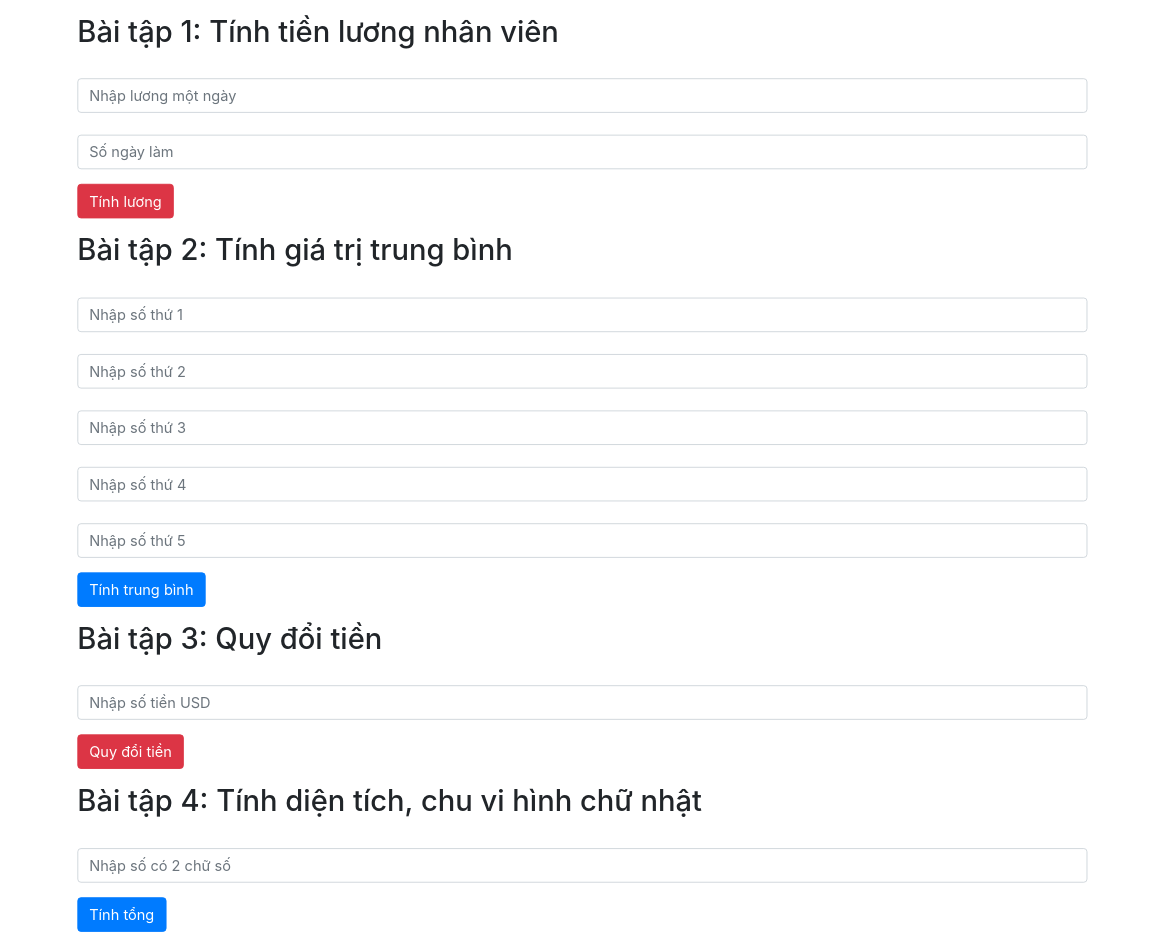
Repository: thanhfrankie/BC10-LeMinhThanh-Js-b2-3
Page: index.html
An editor plug-in stored every save of this project. The page is shown before and after the next save, followed by the edit.
The browser window is 1280 px wide. The pictures show the whole page, at 91% of full size.

Above is the page before, as saved 2023-12-15 16:08:16.

### index.html
<!DOCTYPE html>
<html lang="en">
  <head>
    <title>Title</title>
    <!-- Required meta tags -->
    <meta charset="utf-8" />
    <meta
      name="viewport"
      content="width=device-width, initial-scale=1, shrink-to-fit=no"
    />

    <!-- Bootstrap CSS -->
    <link
      rel="stylesheet"
      href="https://stackpath.bootstrapcdn.com/bootstrap/4.3.1/css/bootstrap.min.css"
      integrity="sha384-ggOyR0iXCbMQv3Xipma34MD+dH/1fQ784/j6cY/iJTQUOhcWr7x9JvoRxT2MZw1T"
      crossorigin="anonymous"
    />
  </head>
  <body>
    <!-- Bài tập 1 -->
    <div class="container">
      <h2 class="mt-3">Bài tập 1: Tính tiền lương nhân viên</h2>
      <div class="form-group">
        <label for="luong-mot-ngay"></label>
        <input
          type="number"
          class="form-control"
          name=""
          id="luong-mot-ngay"
          aria-describedby="helpId"
          placeholder="Nhập lương một ngày"
          required
        />
        <label for="so-ngay-lam"></label>
        <input
          type="number"
          class="form-control"
          name=""
          id="so-ngay-lam"
          aria-describedby="helpId"
          placeholder="Số ngày làm"
          required
        />
        <button type="button" onclick="tinhLuong()" class="btn btn-danger mt-3">
          Tính lương
        </button>
      </div>
      <h2 id="luong-nhan-duoc"></h2>
    </div>
    <!-- Bài tập 2 -->
    <div class="container">
      <div class="form-group">
        <h2>Bài tập 2: Tính giá trị trung bình</h2>
        <label for="so-thu-1"></label>
        <input
          type="number"
          class="form-control"
          name=""
          id="so-thu-1"
          aria-describedby="helpId"
          placeholder="Nhập số thứ 1"
          required
        />
        <label for="so-thu-2"></label>
        <input
          type="number"
          class="form-control"
          name=""
          id="so-thu-2"
          aria-describedby="helpId"
          placeholder="Nhập số thứ 2"
          required
        />
        <label for="so-thu-3"></label>
        <input
          type="number"
          class="form-control"
          name=""
          id="so-thu-3"
          aria-describedby="helpId"
          placeholder="Nhập số thứ 3"
          required
        />
        <label for="so-thu-4"></label>
        <input
          type="number"
          class="form-control"
          name=""
          id="so-thu-4"
          aria-describedby="helpId"
          placeholder="Nhập số thứ 4"
          required
        />
        <label for="so-thu-5"></label>
        <input
          type="number"
          class="form-control"
          name=""
          id="so-thu-5"
          aria-describedby="helpId"
          placeholder="Nhập số thứ 5"
          required
        />
        <button type="button" onclick="tinhTrungBinh()" class="btn btn-primary mt-3">
          Tính trung bình
        </button>
        <h2 id="ket-qua-trung-binh"></h2>
      </div>
    </div>
    <!-- Bài tập 3-->
     <div class="container">
      <h2 class="mt-3">Bài tập 3: Quy đổi tiền</h2>
      <div class="form-group">
        <label for="so-luong-USD"></label>
        <input
          type="number"
          class="form-control"
          name=""
          id="so-luong-USD"
          aria-describedby="helpId"
          placeholder="Nhập số tiền USD"
          required
        />

        <button type="button" onclick="quyDoiTien()" class="btn btn-danger mt-3">
         Quy đổi tiền
        </button>
      </div>
      <h2 id="so-luong-VND"></h2>
    </div>

    <!-- Bài tập 4 -->
    <div class="container">
      <h2 class="mt-3">Bài tập 4: Tính diện tích, chu vi hình chữ nhật</h2>
      <div class="form-group">
        <label for="so"></label>
        <input
          type="number"
          class="form-control"
          name=""
          id="so"
          aria-describedby="helpId"
          placeholder="Nhập số có 2 chữ số"
          required
        />

        <button type="button" onclick="tinhTong()" class="btn btn-primary mt-3">
          Tính tổng
        </button>
      </div>
      <h2 id="t"></h2>
    </div>
    <!-- Optional JavaScript -->
    <!-- jQuery first, then Popper.js, then Bootstrap JS -->
    <script
      src="https://code.jquery.com/jquery-3.3.1.slim.min.js"
      integrity="sha384-q8i/X+965DzO0rT7abK41JStQIAqVgRVzpbzo5smXKp4YfRvH+8abtTE1Pi6jizo"
      crossorigin="anonymous"
    ></script>
    <script
      src="https://cdnjs.cloudflare.com/ajax/libs/popper.js/1.14.7/umd/popper.min.js"
      integrity="sha384-UO2eT0CpHqdSJQ6hJty5KVphtPhzWj9WO1clHTMGa3JDZwrnQq4sF86dIHNDz0W1"
      crossorigin="anonymous"
    ></script>
    <script
      src="https://stackpath.bootstrapcdn.com/bootstrap/4.3.1/js/bootstrap.min.js"
      integrity="sha384-JjSmVgyd0p3pXB1rRibZUAYoIIy6OrQ6VrjIEaFf/nJGzIxFDsf4x0xIM+B07jRM"
      crossorigin="anonymous"
    ></script>
    <script src="./index.js"></script>
  </body>
</html>

### index.js
// Bài tập 1
/**
 * B1: tạo biến, lấy giá trị từ input
 * B2: Tính lương
 * + tạo biến để tính lương: lương 1 ngày * số ngày làm
 * + gán sự kiện click cho button
 * B3: hiển thị kết quả
 */
function tinhLuong() {
  // B1:
  var luongMotNgay = document.getElementById("luong-mot-ngay").value;
  var soNgayLam = document.getElementById("so-ngay-lam").value;
  // B2, B3:
  var luongNhanDuoc = document.getElementById("luong-nhan-duoc");
  luongNhanDuoc.innerText = luongMotNgay * soNgayLam;
}
// Bài tập 2
/**
 * B1: tạo biến, lấy giá trị từ input
 * B2: Tính giá trị trung bình
 * + tạo biến để tính giá trị trung bình: tổng các giá trị đã nhập / số giá trị đã nhập
 * + gán sự kiện click cho button
 * B3: hiển thị kết quả
 */
function tinhTrungBinh() {
    var soThu1 = document.getElementById("so-thu-1").value  *1
    var soThu2 = document.getElementById("so-thu-2").value  *1
    var soThu3 = document.getElementById("so-thu-3").value *1
    var soThu4 = document.getElementById("so-thu-4").value *1
    var soThu5 = document.getElementById("so-thu-5").value *1

    var trungBinh =   (soThu1 + soThu2 + soThu3 + soThu4 + soThu5) /5
    var ketQua = document.getElementById("ket-qua-trung-binh")
    ketQua.innerText = trungBinh
}

// Bài tập 3
/**
 * B1: tạo biến, lấy giá trị từ input
 * B2: Tính ra số lượng VND theo số USD đã nhập
 * + tạo biến để tính lượng VND: tổng VND = tổng USD *23500
 * + gán sự kiện click cho button
 * B3: hiển thị kết quả
 */
function quyDoiTien() {
    var giaMotUSD = 23500
    var soLuongUSD = document.getElementById("so-luong-USD").value *1

    var quyDoiSangVND = soLuongUSD * giaMotUSD

    var soLuongVND = document.getElementById("so-luong-VND")
    soLuongVND.innerText = quyDoiSangVND
}

// Bài tập 4
/**
 * B1: tạo biến, lấy giá trị từ input
 * B2: Tính chu vi, diện tích hình chữ nhật
 * + tạo biến để tính chu vi: chu vi = (chiều dài + chiều rộng)x2
 * + tạo biến để tính diện tích: diện tích = chiều dài * chiều rộng
 * + gán sự kiện click cho button
 * B3: hiển thị kết quả
 */
function tinh() {
    var chieuDai = document.getElementById("chieu-dai").value *1
    var chieuRong = document.getElementById("chieu-rong").value * 1

    var chuVi = (chieuDai + chieuRong) * 2
    var dienTich = chieuDai * chieuRong
    var ketQua = document.getElementById("ket-qua-nhan-duoc")
    ketQua.innerText = `Diện tích: ${dienTich}, Chu vi: ${chuVi} `
}
// Bài tập 5
/**
 * B1: tạo biến, lấy giá trị từ input
 * B2: Tính tổng các chữ số của số có 2 chữ số
 * + tạo biến để tính tổng các chữ số của số đã nhập:
 * + gán sự kiện click cho button
 * B3: hiển thị kết quả
 */
function tinhTong() {
    var soCanTinh = document.getElementById("so").value * 1
    var tong = soCanTinh / 10 + soCanTinh % 10
    var hienThiKetQua = document.getElementById("tinh-tong-trung-binh")
    hienThiKetQua.innerText = tong
}

After the next save:
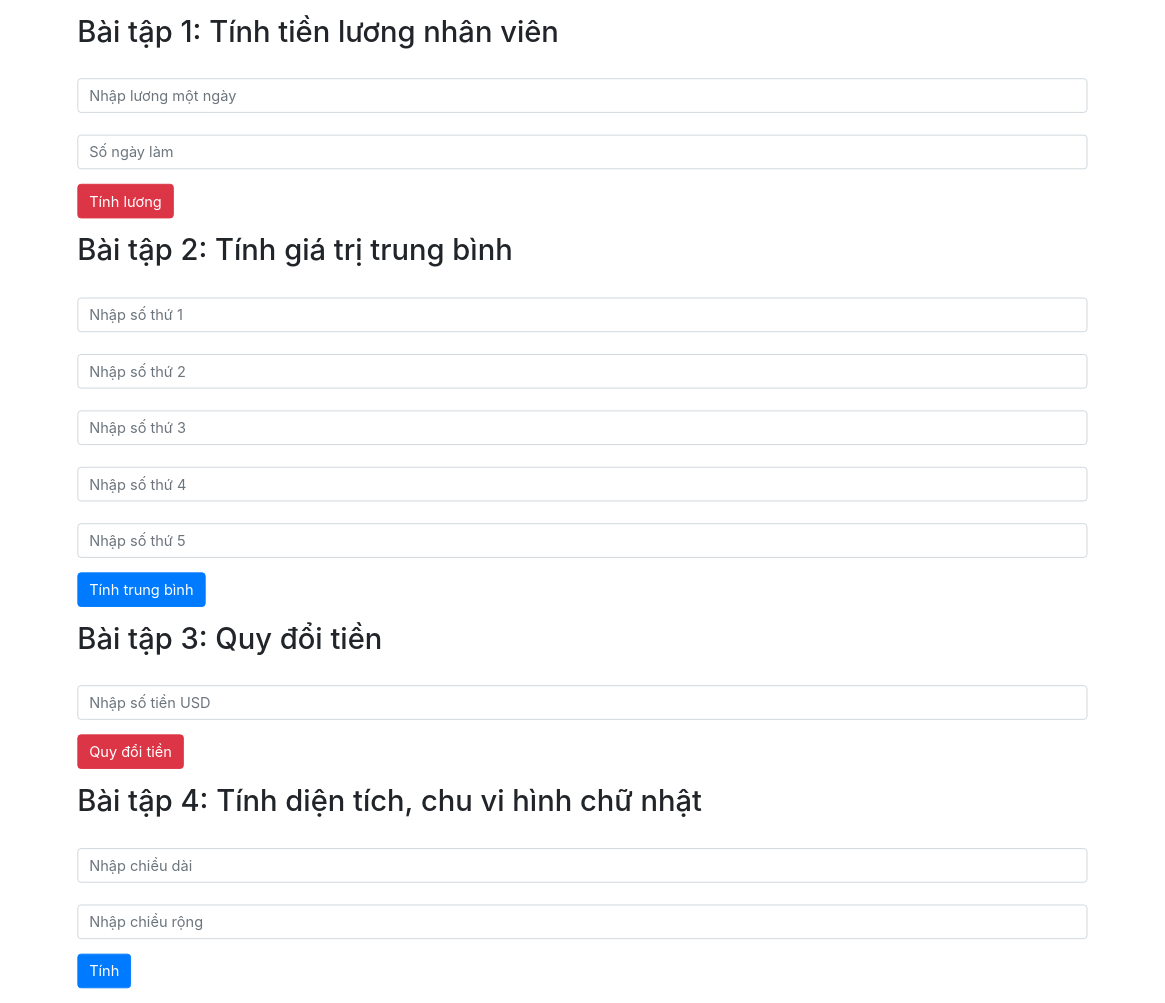
Saved 16 s later.
--- a/index.html
+++ b/index.html
@@ -134,22 +134,31 @@
     <div class="container">
       <h2 class="mt-3">Bài tập 4: Tính diện tích, chu vi hình chữ nhật</h2>
       <div class="form-group">
-        <label for="so"></label>
+        <label for="chieu-dai"></label>
         <input
           type="number"
           class="form-control"
           name=""
-          id="so"
+          id="chieu-dai"
           aria-describedby="helpId"
-          placeholder="Nhập số có 2 chữ số"
+          placeholder="Nhập chiều dài"
           required
         />
-
-        <button type="button" onclick="tinhTong()" class="btn btn-primary mt-3">
-          Tính tổng
+        <label for="chieu-rong"></label>
+        <input
+          type="number"
+          class="form-control"
+          name=""
+          id="chieu-rong"
+          aria-describedby="helpId"
+          placeholder="Nhập chiều rộng"
+          required
+        />
+        <button type="button" onclick="tinh()" class="btn btn-primary mt-3">
+          Tính
         </button>
       </div>
-      <h2 id="t"></h2>
+      <h2 id="ket-qua-nhan-duoc"></h2>
     </div>
     <!-- Optional JavaScript -->
     <!-- jQuery first, then Popper.js, then Bootstrap JS -->
